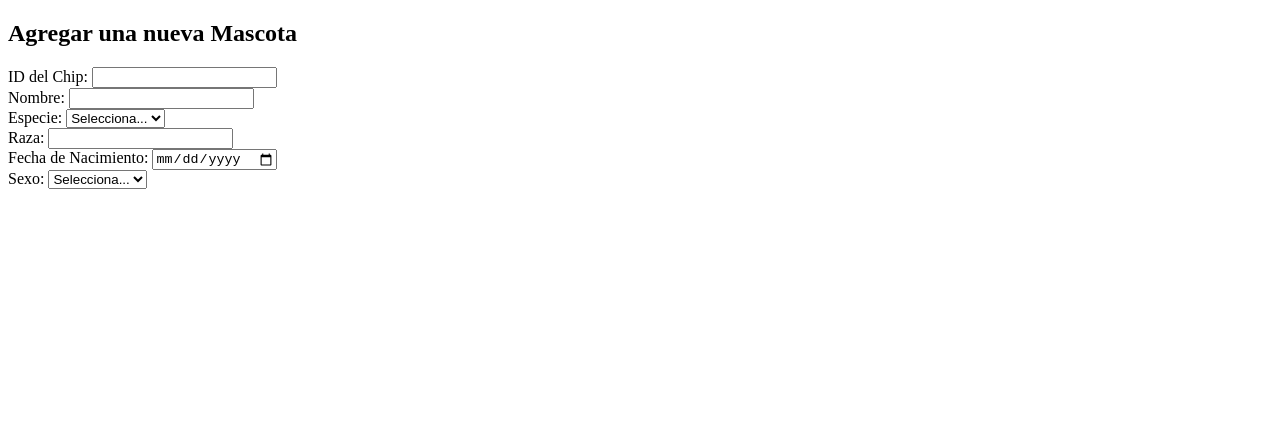
Repository: adriarodrisan/PetLover
Page: Paginas_web/Agregar_Mascota.html
The author's editor kept a copy of each file at every save. The page is drawn from the files as they stood at one save, then again after the next save.
The browser window is 1280 px wide. The pictures show the whole page.

Above is the page before, as saved 2025-03-17 18:25:48.

After the next save:
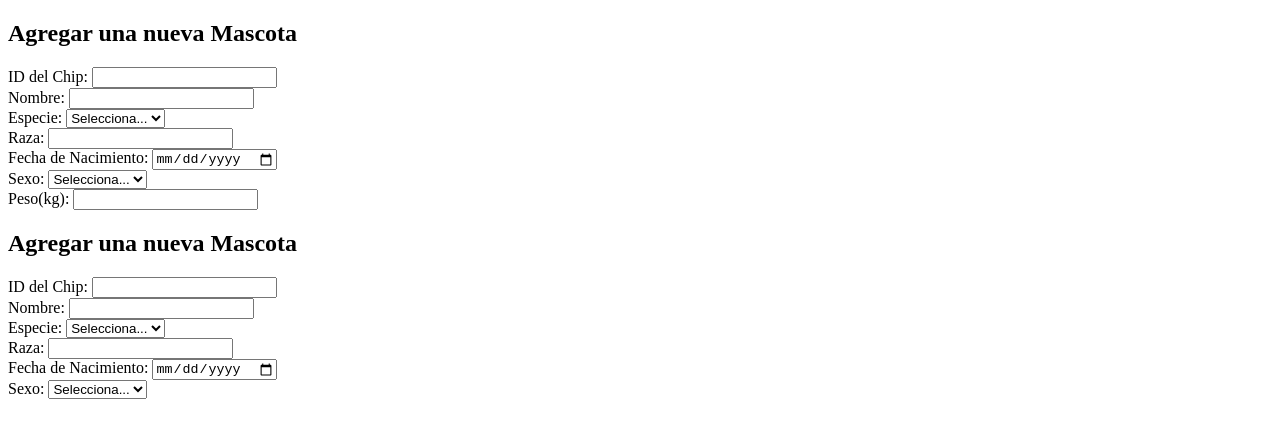
Saved 2 min 37 s later.
--- a/Paginas_web/Agregar_Mascota.html
+++ b/Paginas_web/Agregar_Mascota.html
@@ -1,3 +1,59 @@
+<!DOCTYPE html>
+<html lang="en">
+<head>
+    <meta charset="UTF-8">
+    <meta name="viewport" content="width=device-width, initial-scale=1.0">
+    <title>Agregar Mascota</title>
+    <link rel="stylesheet" href="Agregar_Mascota.html">
+</head>
+<body>
+    <div class="formulario-contenedor">
+        <h2>Agregar una nueva Mascota</h2>
+        <form action="insertar_mascota.php" method="POST">
+            <div class="campo">
+                <label for="Chip_ID">ID del Chip: </label>
+                <input type="text" name="Chip_ID" id="Chip_ID" required>
+            </div>
+            <div class="campo">
+                <label for="Nombre">Nombre: </label>
+                <input type="text" name="Nombre" id="Nombre" required>
+            </div>
+            <div class="campo">
+                <label for="Especie"> Especie: </label>
+                <select name="Especie" id="Nombre" required>
+                    <option value="">Selecciona...</option>
+                    <option value="Perro">Perro</option>
+                    <option value="Gato">Gato</option>
+                </select>
+            </div>
+            <div class="campo">
+                <label for="raza">Raza: </label>
+                <input type="text" name="raza" id="raza" required>
+            </div>
+            <div class="campo">
+                <label for="FechaNacimiento"> Fecha de Nacimiento:</label>
+                <input type="date" name="FechaNacimiento" id="FechaNacimiento" required>
+            </div>
+            <div class="campo">
+                <label for="Sexo">Sexo:</label>
+                <select name="Sexo" id="Sexo" required>
+                    <option value="">Selecciona...</option>
+                    <option value="Macho">Macho</option>
+                    <option value="Hembra">Hembra</option>
+                </select>
+            </div>
+            <div class="campo">
+                <label for="Peso">Peso(kg):</label>
+                <input type="number" step="0,01" name="Peso" id="Peso" required>
+            </div>
+
+
+
+        </form>
+    </div>
+
+</body>
+</html>
 <!DOCTYPE html>
 <html lang="en">
 <head>
